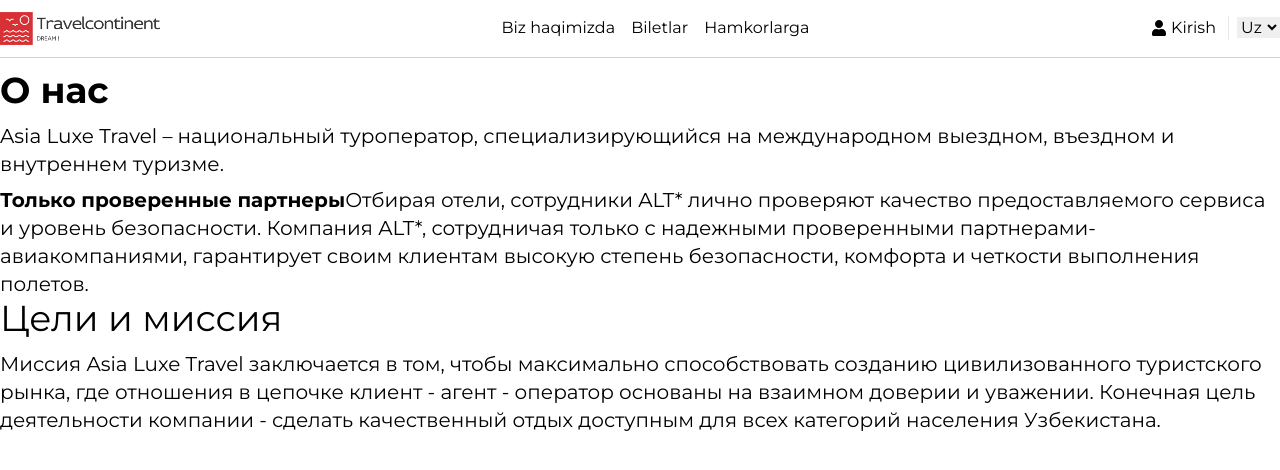
Repository: ziyodbek0300/avia-sales_
Page: /about-us
These files come from the project's save history. The page is drawn as it stood at one moment and after the next save; the edit follows.
The browser window is 1280 px wide. The pictures show the whole page.
The project was rebuilt for these pictures with package versions that can differ from the ones it lists, and the page was loaded fresh each time. Also part of the build but not shown: src/containers/home/Home.jsx.

Above is the page before, as saved 2022-06-04 00:32:52.

After the next save:
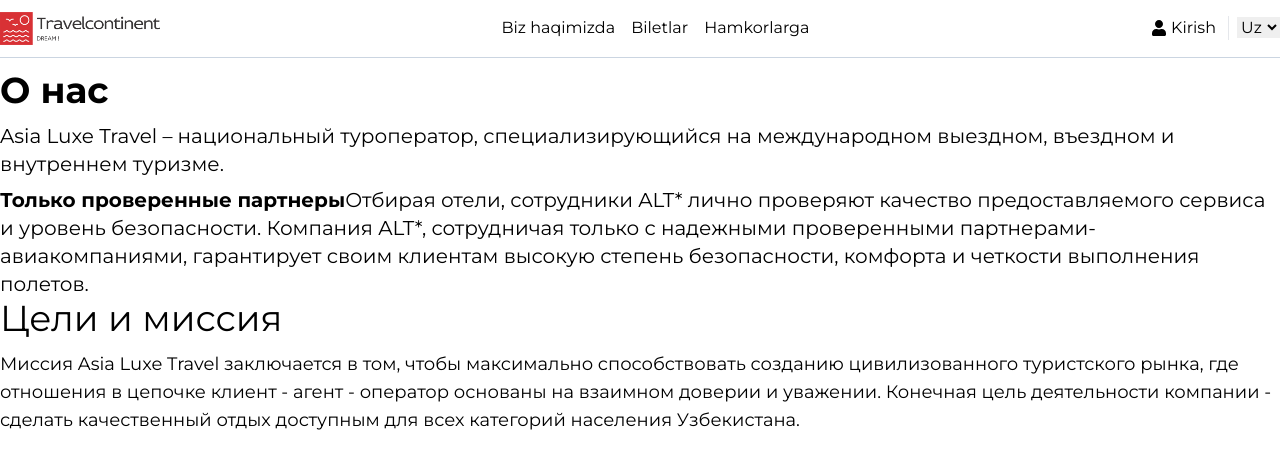
Saved 20 s later.
--- a/src/containers/about/About.jsx
+++ b/src/containers/about/About.jsx
@@ -13,7 +13,7 @@
                     Отбирая отели, сотрудники ALT* лично проверяют качество предоставляемого сервиса и уровень безопасности. Компания ALT*, сотрудничая только с надежными проверенными партнерами-авиакомпаниями, гарантирует своим клиентам высокую степень безопасности, комфорта и четкости выполнения полетов.
                 </p>
                 <p className='text-4xl font-normal mb-3'>Цели и миссия</p>
-                <p className='text-xl'>
+                <p className='text-lg'>
                     Миссия Asia Luxe Travel заключается в том, чтобы максимально способствовать созданию цивилизованного туристского рынка, где отношения в цепочке клиент - агент - оператор основаны на взаимном доверии и уважении. Конечная цель деятельности компании - сделать качественный отдых доступным для всех категорий населения Узбекистана.
                 </p>
             </div>
